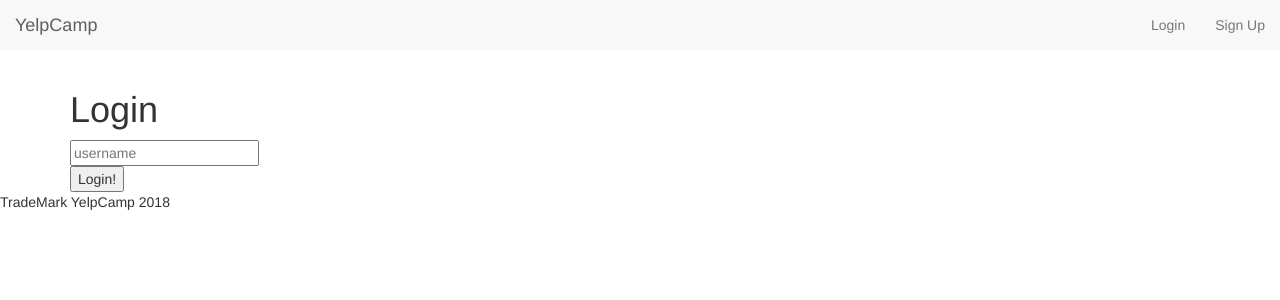
Repository: Kushagrakmr/c9backup
Page: http://localhost/login
The author's editor kept a record of every edit. The page is drawn from the files as they stood at one moment, then again after the next edit.
The browser window is 1280 px wide. The pictures show the whole page.
The page is served by the project's Node server (YelpCamp/v12/app.js).

Above is the page before.

After the next edit:
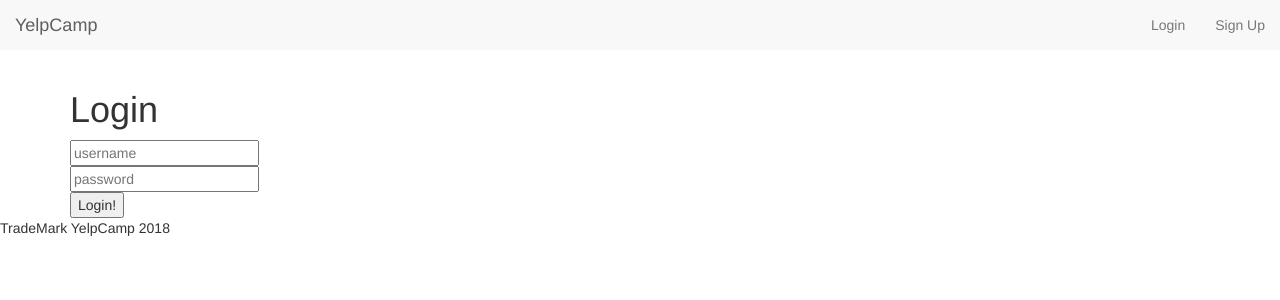
The edit:
--- a/YelpCamp/v12/views/login.ejs
+++ b/YelpCamp/v12/views/login.ejs
@@ -9,6 +9,7 @@
         </div>
         <div class = "form-type">
 
+        <input type = "password" name = "password" placeholder = "password">
         </div>
         <div class = "form-type">
 
